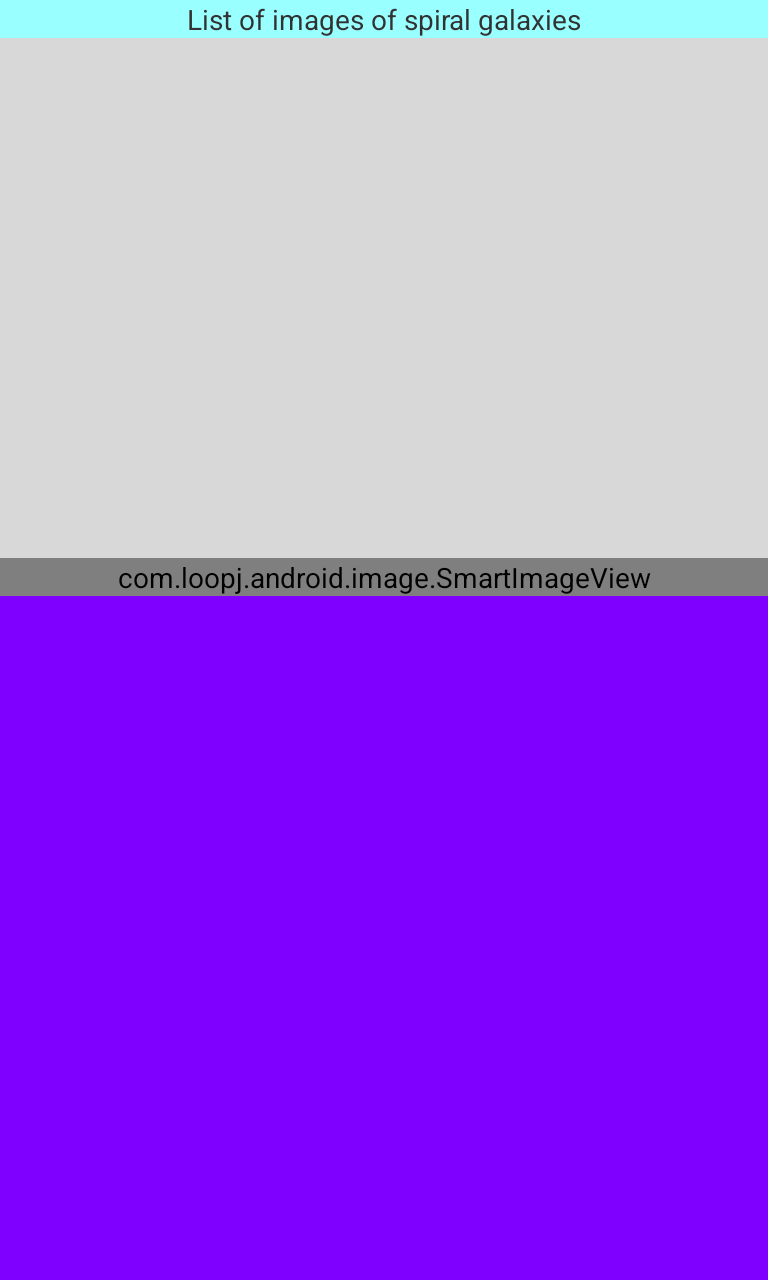
Repository: arianaantonio/Java2_Antonio
Layout: SpaceImageViewer/res/layout/activity_main.xml
An editor plug-in stored every save of this project. The layout is shown before and after the next save, followed by the edit.
Pictures or frames that could not be fetched are drawn as grey boxes. It is drawn on a 768 x 1280 px phone screen (xhdpi) without system bars, with theme AppTheme; the app's code is not run. Lists and similar views that code fills are empty.

Above is the layout before, as saved 2014-07-16 01:37:46.

### SpaceImageViewer/res/layout/activity_main.xml
<LinearLayout xmlns:android="http://schemas.android.com/apk/res/android"
    android:layout_width="fill_parent"
    android:layout_height="fill_parent"
    android:orientation="vertical"
    android:background="@color/Purple" >

    <TextView
        android:id="@+id/textView1"
        android:layout_width="match_parent"
        android:layout_height="wrap_content"
        android:layout_gravity="center"
        android:background="@color/Aqua"
        android:gravity="center"
        android:text="@string/textview_text" />

    <ListView
        android:id="@+id/listView1"
        android:layout_width="match_parent"
        android:layout_height="260dp"
        android:background="@color/Grey" />
    <com.loopj.android.image.SmartImageView
    android:id="@+id/my_image"
    android:layout_width="match_parent"
    android:layout_height="wrap_content"
    android:visibility="visible" />


</LinearLayout>

### SpaceImageViewer/res/values/strings.xml
<?xml version="1.0" encoding="utf-8"?>
<resources>

    <string name="app_name">Space Image Viewer</string>
    <string name="action_settings">Settings</string>
    <string name="textview_text">List of images of spiral galaxies</string>
    <string name="detail_view">Details:</string>
    <string name="Description">Image View</string>
    <color name="Purple">#7F00FF</color>
    <color name="Grey">#D8D8D8</color>
    <color name="Aqua">#99FFFF</color>
    <string name="userString">User:</string>
    <string name="cameraString">Camera:</string>
    <string name="HDbutton">View HD Image</string>


</resources>

Loaded but not shown: SpaceImageViewer/res/values/styles.xml (common file); SpaceImageViewer/res/values-v11/styles.xml (common file); SpaceImageViewer/res/values-v14/styles.xml (common file)

After the next save:
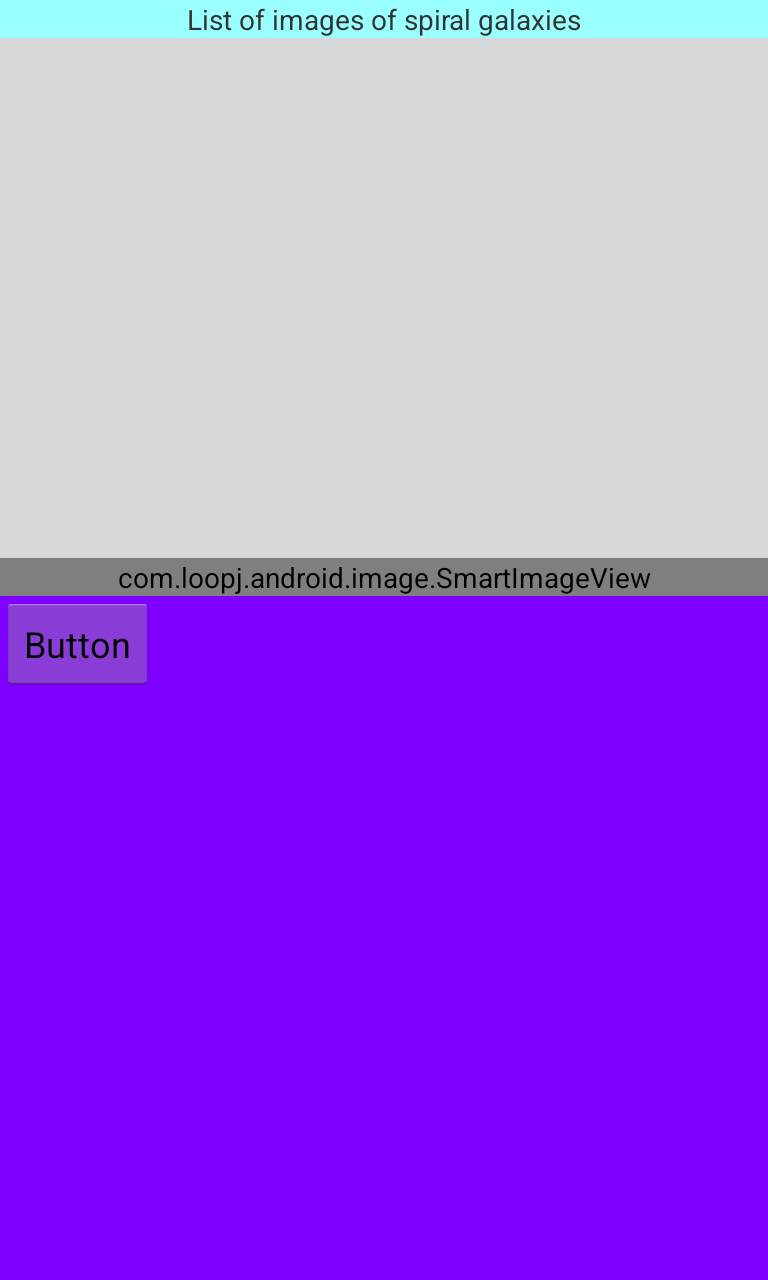
Saved 109 s later.
--- a/SpaceImageViewer/res/layout/activity_main.xml
+++ b/SpaceImageViewer/res/layout/activity_main.xml
@@ -24,5 +24,10 @@
     android:layout_height="wrap_content"
     android:visibility="visible" />
 
+    <Button
+        android:id="@+id/button1"
+        android:layout_width="wrap_content"
+        android:layout_height="wrap_content"
+        android:text="Button" />
 
 </LinearLayout>
